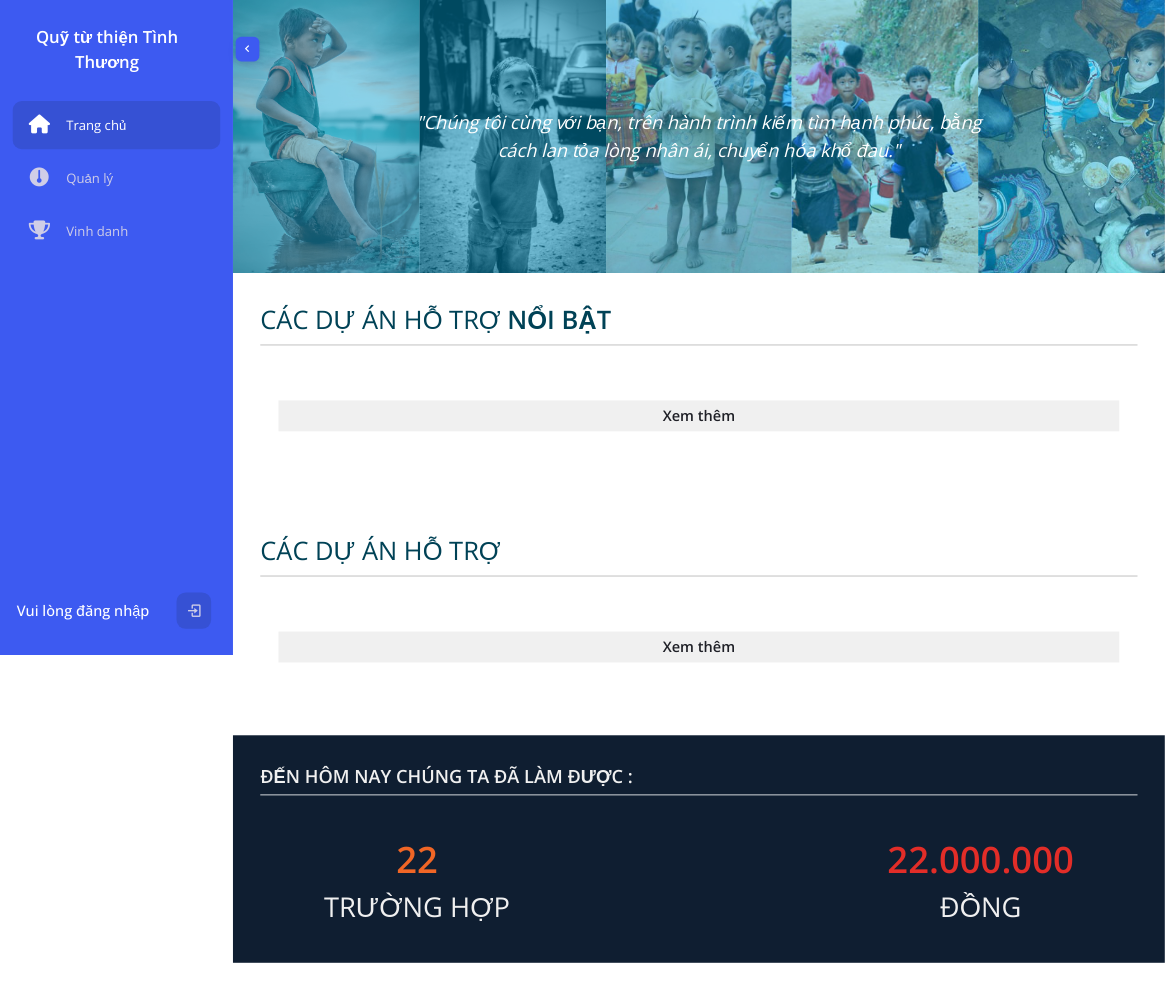
Repository: PhamTrungNguyen/tu-thien
Page: / (app in frontend/my-app/)
The author's editor kept a copy of each file at every save. The page is drawn from the files as they stood at one save, then again after the next save.
The browser window is 1280 px wide. The pictures show the whole page, at 91% of full size.
The page's requests for data from a server got no answer. The project was rebuilt for these pictures with package versions that can differ from the ones it lists, and the page was loaded fresh each time. Some packages were replaced by stand-ins written for this rebuild. No one was signed in, and anything a server would have sent is missing. Also part of the build but not shown: frontend/my-app/src/js/SignUpJS.js, frontend/my-app/src/components/input/Input.js, frontend/my-app/src/components/radio/Radio.js, frontend/my-app/src/layout/signPage/FormDialog.js, frontend/my-app/src/components/icon/IconEyeOpen.js, frontend/my-app/src/components/icon/IconEyeClose.js, frontend/my-app/src/layout/signPage/SignUpPage.js, frontend/my-app/src/layout/signPage/SignInPage.js and 28 more.

Above is the page before, as saved 2022-12-16 19:38:39.

After the next save:
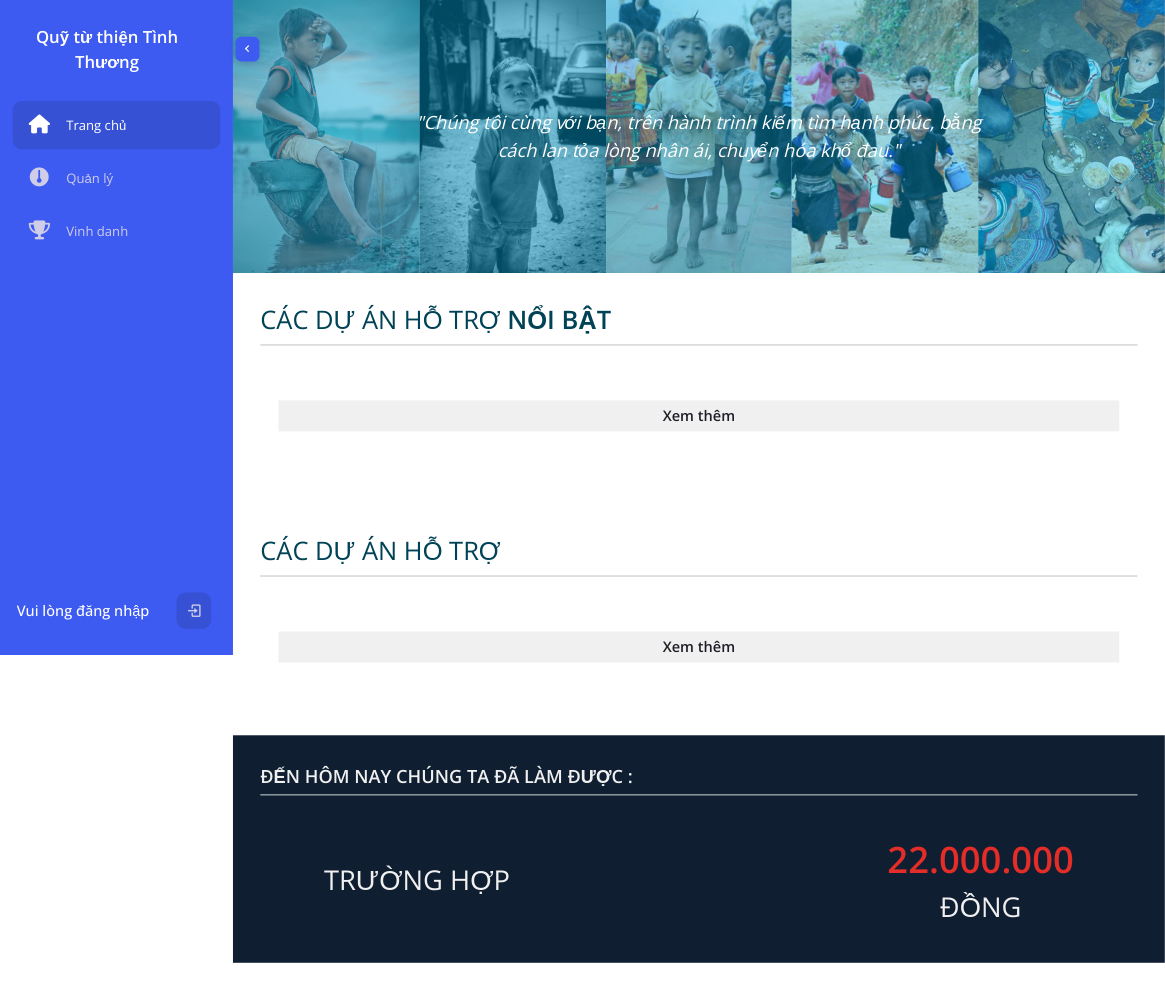
Saved 32 s later.
--- a/frontend/my-app/src/layout/homePage/Banner.js
+++ b/frontend/my-app/src/layout/homePage/Banner.js
@@ -2,8 +2,7 @@ import React, { useState } from 'react';
 import { useEffect } from 'react';
 
 const Banner = () => {
-    const [toalPost, setTotalPost] = useState()
-    console.log("🚀 ~ file: Banner.js:6 ~ Banner ~ toalPost", toalPost)
+    const [totalPost, setTotalPost] = useState()
     async function handleCallAPIGet(url) {
         const response = await fetch(url, {
             method: "GET",
@@ -29,7 +28,7 @@ const Banner = () => {
                 </div>
                 <div className="py-[40px] px-[100px] flex justify-between items-center uppercase">
                     <div className="flex items-center flex-col">
-                        <h3 className="text-[40px] text-[#f06626] font-semibold">22</h3>
+                        <h3 className="text-[40px] text-[#f06626] font-semibold">{totalPost?.post}</h3>
                         <h5 className="text-[30px] font-normal ">Trường hợp</h5>
                     </div>
                     <div className="flex items-center flex-col">
